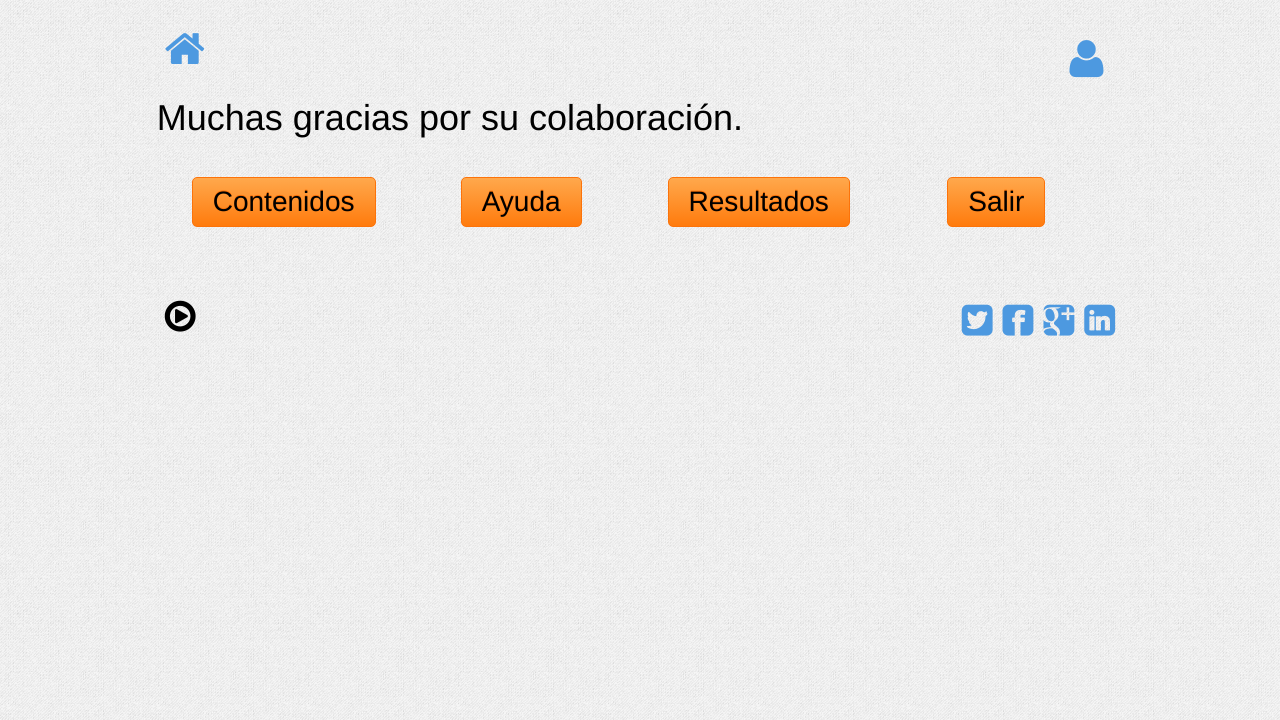
Repository: SCeruso/RememberMe
Page: enviosugerencia.html
The author's editor kept a record of every edit. The page is drawn from the files as they stood at one moment, then again after the next edit.
The browser window is 1280 px wide. The pictures show the whole page.
Some web libraries are served in a nearby version.

Above is the page before.

### enviosugerencia.html
<!DOCTYPE html>
<html>
<head>
	<!-- META -->
	<title>HTML KickStart Elements</title>
	<meta charset="UTF-8">
	<meta name="viewport" content="width=device-width, initial-scale=1.0"/>
	<meta name="description" content="" />

	<!-- CSS -->
	<link rel="stylesheet" type="text/css" href="css/kickstart.css" media="all" />
	<link rel="stylesheet" type="text/css" href="style.css" media="all" />

	<!-- Javascript -->
	<script type="text/javascript" src="https://ajax.googleapis.com/ajax/libs/jquery/1.9.1/jquery.min.js"></script>
	<script type="text/javascript" src="js/kickstart.js"></script>
</head>
<body>
	<a name ="contenido.html#inicio">
<div class="grid">
	<div class="col_12">
		<h2 class="center">
                <a href="juegosde.html">
                    <i class="icon-home pull-left"></i>
                </a>
		 <a href="perfil.html">
			<i class="icon-user icon-border pull-right"></i>
		 </a>
		 </h2>

	</div>

	<h3>
			Muchas gracias por su colaboración.
			<br />

	</h3>

	<div class="col_12">
        <div class="col_3">
            <h5 style="margin-bottom:40px;" class="center">
                <a class="large button orange" href="contenido.html"><font color="black">Contenidos</font></a>
            </h5>
        </div>
        <div class="col_3">
            <h5 style="margin-bottom:40px;" class="center">
                <a class="large button orange" href="registrarse.html"><font color="black">Ayuda</font></a>
            </h5>
        </div>
        <div class="col_3">
            <h5 style="margin-bottom:40px;" class="center">
                <a class="large button orange" href="registrarse.html"><font color="black">Resultados</font></a>
            </h5>
        </div>
        <div class="col_3">
            <h5 style="margin-bottom:40px;" class="center">
                <a class="large button orange" href="bienvenido.html"><font color="black">Salir</font></a>
            </h5>
        </div>
    </div>
	<div class="col_12">
        <h3 class="right">
            <a href = "http://www.twitter.com" target = "blank"><i class="icon-twitter-sign"></i></a>
            <a href = "http://www.facebook.com" target = "blank"><i class="icon-facebook-sign"></i></a>
            <a href = "http://www.google.com" target = "blank"><i class="icon-google-plus-sign"></i></a>
            <a href = "http://www.linkedin.com" target = "blank"><i class="icon-linkedin-sign"></i></a>
            <i class=" icon-play-circle pull-left"></i>
        </h3>
    </div>
</body>

### style.css
/*
	99Lime.com HTML KickStart by Joshua Gatcke
	style.css

*/

/*---------------------------------
	IMPORTS
-----------------------------------*/
@import url(http://fonts.googleapis.com/css?family=Arimo:400,700);

/*---------------------------------
	OVERRIDES
-----------------------------------*/
h1,h2,h3,h4,h5,h6{
font-family: "Arimo", arial, verdana, sans-serif;
font-weight:normal;
}

thead th,
tbody th{
font-family: "Arimo", arial, verdana, sans-serif;
}

button,
a.btn,
input[type="submit"],
input[type="reset"],
input[type="button"]{
font-family: "Arimo", arial, verdana, sans-serif;
}

.menu{
font-family: "Arimo", arial, verdana, sans-serif;
}

blockquote{
font-family: "Arimo", arial, verdana, sans-serif;
}

/*---------------------------------
	LAYOUT
-----------------------------------*/
body{
margin:0;
padding:0 0 0 0;
color:#000;
/*background-repeat:repeat;*/
background:#efefef url(css/img/gray_jean.png);
/*background-size:cover;*/
/*background-image:url(css/img/gray_jean.png);*/
font:normal 0.9em/150% 'Arimo', arial, verdana, sans-serif;
text-shadow: 0 0 1px transparent; /* google font pixelation fix */
}

#wrap{
width:100%;
background:#fff;
margin:30px auto 30px auto;
padding:0 2%;
border:1px solid #ccc;
}


#footer{
text-align:center;
padding:20px;
margin:0;
border-top:1px solid #ddd;
color:#999;
font-size:0.8em;
text-shadow:0px 1px 1px #fff;
position: relative;
top:0;
left:0;
background:#fff;
}

	#link-top{
	display:none;
	}

/* NAV BAR*/
.navbar{
position:fixed;
top:0;
left:0;
width: 100%;
background:#000;
color:#fff;
z-index:1000;
}

	.navbar #logo{
	position:absolute;
	top:0;
	right:0;
	padding:0.5em 1em;
	font-size: 1.7em;
	color:#efefef;
	text-decoration:none;
	}

	.navbar span{
	color:#86dc00;
	}


	.navbar ul{
	display:inline-block;
	margin:0;
	padding:0;
	}

		.navbar li{
		margin:0;
		padding:0;
		list-style-type:0;
		display:inline-block;
		}

		.navbar li a{
		display:inline-block;
		color:#efefef;
		padding:1em 1.3em;
		text-decoration:none;
		text-transform: uppercase;
		line-height:100%;
		font-size: 1.2em;
		}

.callout{
background:#4598ef;/*#86dc00;*/
padding:3em 0;
color:#fff;
box-shadow:inset 0 0 10px rgba(0,0,0,0.2);
text-align: center;
text-shadow:0px 1px 3px rgba(0,0,0,0.2);
display:block;
}
	.callout + div.grid{margin-top:50px;}
	 a.callout{cursor:pointer;}
	 .callout i.icon-4x{font-size:6em;}
	 .callout h4{margin-bottom:30px;}
	 .callout-top{margin:50px 0 0 0;}
	 .callout p{margin-bottom:0;}
	 .callout .button{margin-top:10px;}
	 .callout.green{background:#19ad0b;/*#86dc00;*/}

#mc_embed_signup{
padding:30px 0;
}

#ui-preview{
border:5px solid #ddd;
margin:30px 0;
display:block;
}

### css/kickstart-forms.css
/*---------------------------------
	FORMS
-----------------------------------*/
form{
padding:0;
margin:0;
}

fieldset{
margin:30px 0 20px 0;
padding:5px 15px 15px 15px;
border:1px solid #ccc;
background:#f5f5f5;
-moz-border-radius:5px;
-webkit-border-radius:5px;
border-radius:5px;
position: relative;
top:0;
left:0;
}

	legend{
	-moz-border-radius:5px;
	-webkit-border-radius:5px;
	border-radius:5px;
	border:1px solid #ccc;
	background:#f5f5f5;
	padding:2px 10px;
	margin:0 0 0 0;
	display:block;
	position: relative;
	top:0;
	left:0;
	}

	/*IE ONLY - I know, this is a stop gap*/
	.msie fieldset{padding-top:25px;}
	.msie legend{position:absolute;top:-0.7em;left:10px;}

label{
display:inline-block;
*display:inline;
vertical-align: middle;
margin:0;
padding:0;
position:relative;
top:0;
left:0;
zoom:1;
-moz-box-sizing: border-box;
-webkit-box-sizing: border-box;
box-sizing: border-box;
}

	label.inline{
	display:inline;
	margin:0;
	}

	label span{
	color:#999;
	font-size:0.9em;
	}

	label span.right{
	position:absolute;
	bottom:0;
	right:0;
	text-align:right;
	display:inline-block;
	*display:inline;
	}

	label.disabled{
	color:#ccc;
	}

input{
display:inline-block;
*display:inline;
vertical-align: middle;
width:auto;
zoom:1;
margin:0;
border:1px solid #ccc;
font-size:1em;
padding:5px 0;
text-indent: 5px;
-moz-border-radius:5px;
-webkit-border-radius:5px;
border-radius:5px;
background:#fff;
-moz-box-shadow:inset 0 0 6px #ccc;
-webkit-box-shadow:inset 0 1px 6px #ccc;
box-shadow:inset 0 1px 6px #ccc;
-moz-box-sizing: border-box;
-webkit-box-sizing: border-box;
box-sizing: border-box;
}

	input::-webkit-input-placeholder,
	input:-moz-placeholder,
	.placeholder{
	color:#bbb;
	}

	input::-moz-focus-inner {border:0;}

	input[disabled="disabled"], input.disabled{
	color:#999;
	background:#f5f5f5;
	-moz-box-shadow:inset 0 0 2px #ddd;
	-webkit-box-shadow:inset 0 1px 2px #ddd;
	box-shadow:inset 0 1px 2px #ddd;
	}

	/* FOCUS STATES */
	input[type="text"]:focus,
	textarea:focus,
	button:focus,
	a.button:focus,
	select:focus,
	input[type="file"]:focus,
	input[type="password"]:focus{
	-webkit-box-shadow: 0 0 7px #6DB9FF;
	-moz-box-shadow   : 0 0 7px #6DB9FF;
	box-shadow        : 0 0 7px #6DB9FF;
	border: 1px solid #50B1FE;
	outline: none;
	}

	/* TRANSITION */
	input[type="text"],
	textarea,
	button,
	a.button,
	a,
	input[type="file"]{
	-moz-transition: -moz-box-shadow 0.5s, border 0.5s, background 0.5s;
	-webkit-transition: -webkit-box-shadow 0.5s, border 0.5s, background 0.5s;
	-o-transition:  box-shadow 0.5s, border 0.5s, background 0.5s;
	transition: box-shadow 0.5s, border 0.5s, background 0.5s;
	}

input.checkbox,
input[type="checkbox"]{
display:inline;
width:auto;
margin:0;
padding:0;
border:0;
background:none;
vertical-align:center;
*vertical-align: top;
}

input.radio,
input[type="radio"]{
display:inline;
width:auto;
margin:0;
padding:0;
border:0;
background:none;
vertical-align:center;
*vertical-align: top;
}

	input[type="radio"]:focus,
	input[ type="checkbox"]:focus{
	-webkit-box-shadow: 0 0 5px #6DB9FF;
	-moz-box-shadow   : 0 0 5px #6DB9FF;
	box-shadow        : 0 0 5px #6DB9FF;
	outline-color: #6DB9FF;
	}

input.file,
input[type="file"]{
/*font-size:0.8em;*/
-moz-box-shadow:none;
-webkit-box-shadow:none;
box-shadow:none;
border:none;
}

select{
display:inline;
width:auto;
margin:0;
border:1px solid #ccc;
line-height:100%;
padding:3px;
vertical-align: middle;
}

        select[disabled="disabled"], select.disabled{
        color:#999;
        background:#f5f5f5;
        -moz-box-shadow:inset 0 0 2px #ddd;
        -webkit-box-shadow:inset 0 1px 2px #ddd;
        box-shadow:inset 0 1px 2px #ddd;
        }

textarea{
width:auto;
height:200px;
margin:0;
border:1px solid #ccc;
padding:5px;
vertical-align: middle;
font-family:inherit;
font-size:0.9em;
-moz-border-radius:5px;
-webkit-border-radius:5px;
border-radius:5px;
-moz-box-shadow:inset 0 0 6px #ccc;
-webkit-box-shadow:inset 0 1px 6px #ccc;
box-shadow:inset 0 1px 6px #ccc;
-moz-box-sizing: border-box;
-webkit-box-sizing: border-box;
box-sizing: border-box;
}

/*---------------------------------
	COLUMN SIZES
-----------------------------------*/

/* sizes */
input[class*="col_"],
select[class*="col_"],
label[class*="col_"]{
float:none;display:inline-block;*display:inline;margin-bottom:0;
*margin-left: 0.5%;*margin-right: 0.5%;/* this is for IE 7 Only and is not a good fix - work needed here */
}

/*---------------------------------
	FORMS VERTICAL
-----------------------------------*/
form.vertical{

}

	form.vertical label{display:block;}
	form.vertical input,
	form.vertical select,
	form.vertical textarea{width:100%;display:block;margin-bottom:10px;}
	form.vertical .chzn-container{display:block;margin-bottom:10px;}
	form.vertical .chzn-choices{display:block;margin-bottom:10px;}

	/* radios & checks */
	form.vertical input.checkbox,
	form.vertical input[type="checkbox"],
	form.vertical input.radio,
	form.vertical input[type="radio"],
	form.vertical label.inline{display:inline;width:auto;margin:0;}
/*---------------------------------
	FORM VALIDATION
-----------------------------------*/
label.error{color:red;}
input.error{border:1px solid red;}
select.error{border:1px solid red;}

/*---------------------------------
	NOTICES
-----------------------------------*/
.notice{
border:1px solid gold;
background:lightyellow;
padding:10px 20px 10px 40px;
margin:10px 0;
-moz-border-radius:5px;
-webkit-border-radius:5px;
border-radius:5px;
color:#DEAE00;
line-height:120%;
vertical-align: center;
text-shadow:0px 1px rgba(255,255,255,0.5);
position:relative;
top:0;
left:0;
clear:both;
}

	.notice.warning{}/*default*/
	.notice.error{border:1px solid red;background:pink;color:red;}
	.notice.success{border:1px solid green;background:lightgreen;color:green;}
	.notice i[class^='icon-']{position:absolute;top:50%;left:0.8em;margin-top:-0.6em;}
	.notice a[class^='icon-remove'],
	.notice a[class^='icon-remove']:active,
	.notice a[class^='icon-remove']:visited{font-size:12px;position:absolute;top:5px;right:5px;left:auto;color:inherit;margin-top:0;left:auto;}

### css/kickstart-grid.css
/*
	99Lime.com HTML KickStart by Joshua Gatcke
	kickstart-grids.css

	DO NOT EDIT THIS FILE unless you know what you are doing.
*/
/*---------------------------------
	GRID/COLUMNS
-----------------------------------
	tinyfluidgrid.com
	& girlfriendnyc.com
	with changes by 99Lime
-----------------------------------*/
 /*
 & Columns : 12
 & Gutter %: 20%
 & MaxWidth: 1280px
 */

.grid{
max-width:1220px;
margin:0 auto;
padding:0 2em;
}

.grid.flex{
width:100%;
max-width:100%;
padding:0 2%;
padding:2em;
}

.row{
display:block;
overflow:hidden;
clear:both;
}

*[class*="col_"].alpha{margin-left:0;}
*[class*="col_"].omega{margin-right:0;}

.col_1  { width: 6.6666666666667%; }
.col_2  { width: 15%; }
.col_3  { width: 23.333333333333%; }
.col_4  { width: 31.666666666667%; }
.col_5  { width: 40%; }
.col_6  { width: 48.333333333333%; }
.col_7  { width: 56.666666666667%; }
.col_8  { width: 65%; }
.col_9  { width: 73.333333333333%; }
.col_10 { width: 81.666666666667%; }
.col_11 { width: 90%; }
.col_12 { width: 98.333333333333%; }

*[class*="col_"]{
margin-left: 0.83333333333333%;
margin-right: 0.83333333333333%;
margin-top:0.5em;
margin-bottom:0.5em;
float: left;
display: block;
}

.grid img{
max-width: 100%;
height:auto;
}

.clear{clear:both;display:block;overflow:hidden;visibility:hidden;width:0;height:0}
.clearfix:after{clear:both;content:' ';display:block;font-size:0;line-height:0;visibility:hidden;width:0;height:0}
* html .clearfix, *:first-child+html .clearfix{zoom:1}

/* Viewable Grids
	To view your grids, add the class .visible to any grid container.
	This will add a background color so you can see the layout of your grids.
*/
*[class*="col_"].visible{
background:#eee;
border:1px dotted #ccc;
}


/*---------------------------------
	Responsive Grid Media Queries - 1280, 1024, 768, 480
	1280-1024 	- desktop (default grid)
	1024-768 	- tablet landscape
	768-480 	- tablet
	480-less 	- phone landscape & smaller
-----------------------------------*/
@media all and (min-width: 1024px) and (max-width: 1280px) {

	.grid *[class*="col_"]{}
	.grid{max-width: 1024px;}
	.show-desktop	{display:block;}
	.hide-desktop	{display:none;}
	.show-tablet	{display:none;}
	.hide-tablet	{display:block;}
	.show-phone		{display:none;}
	.hide-phone		{display:block;}

}

@media all and (min-width: 768px) and (max-width: 1024px) {

	.grid *[class*="col_"]{}
	.grid{max-width: 768px;}
	.show-desktop	{display:none;}
	.hide-desktop	{display:block;}
	.show-tablet	{display:block;}
	.hide-tablet	{display:none;}
	.show-phone		{display:none;}
	.hide-phone		{display:block;}

}


@media all and (min-width: 480px) and (max-width: 768px) {

	.grid *[class*="col_"]{
	float:none;
	width:auto;
	clear:both;
	display:block;
	}

	/* columns inside of columns */
	.grid *[class*="col_"] [class*="col_"]{
	margin-left:0;
	margin-right:0;
	width:100%;
	}

	.grid{max-width: 480px;}
	.show-desktop	{display:none;}
	.hide-desktop	{display:block;}
	.show-tablet	{display:block;}
	.hide-tablet	{display:none;}
	.show-phone		{display:none;}
	.hide-phone		{display:block;}

}

@media all and (max-width: 480px) {

	.grid *[class*="col_"]{
	float:none;
	width:auto;
	clear:both;
	display:block;
	}

	/* columns inside of columns */
	.grid *[class*="col_"] [class*="col_"]{
	margin-left:0;
	margin-right:0;
	width:100%;
	}

	.grid{max-width: 100%;/*320*/}
	.show-desktop	{display:none;}
	.hide-desktop	{display:block;}
	.show-tablet	{display:none;}
	.hide-tablet	{display:block;}
	.show-phone		{display:block;}
	.hide-phone		{display:none;}

}

### css/kickstart-slideshow.css
/*---------------------------------
	SLIDESHOW2 - Slight Fixes for the slideshow layout *needs work
-----------------------------------*/

	.slideshow{
	clear:both;
	margin:0;
	padding:0;
	width:auto;
	height:auto;
	overflow:hidden;
	}

		.slideshow li{
		list-style-type:none;
		margin:0;
		padding:0;
		float:left;
		display:block;
		}

/**
 * BxSlider v4.0 - Fully loaded, responsive content slider
 * http://bxslider.com
 *
 * Written by: Steven Wanderski, 2012
 * http://stevenwanderski.com
 * (while drinking Belgian ales and listening to jazz)
 *
 * CEO and founder of bxCreative, LTD
 * http://bxcreative.com
 */


/** RESET AND LAYOUT
===================================*/
.bx-wrapper, .bx-wrapper *{
	-webkit-box-sizing: content-box; /* Safari/Chrome, other WebKit */
  	-moz-box-sizing: content-box;    /* Firefox, other Gecko */
  	box-sizing: content-box;         /* Opera/IE 8+ */
}

.bx-wrapper {
	position: relative;
	margin: 0 0 60px;
	padding: 0;
	*zoom: 1;
}

.bx-wrapper img {
	width: 100%;
	display: block;
}

/** THEME
===================================*/

.bx-wrapper .bx-viewport {
	-moz-box-shadow: 0 0 5px #ccc;
	-webkit-box-shadow: 0 0 5px #ccc;
	box-shadow: 0 0 5px #ccc;
	border: solid #fff 5px;
	left: 0;
	background: #fff;
}

.bx-wrapper .bx-pager,
.bx-wrapper .bx-controls-auto {
	position: absolute;
	bottom: -30px;
	width: 100%;
}

/* LOADER */

.bx-wrapper .bx-loading {
	min-height: 50px;
	background: url(img/bx_loader.gif) center center no-repeat #fff;
	height: 100%;
	width: 100%;
	position: absolute;
	top: 0;
	left: 0;
	z-index: 2000;
}

/* PAGER */

.bx-wrapper .bx-pager {
	text-align: center;
	font-size: .85em;
	font-family: Arial;
	font-weight: bold;
	color: #666;
	padding-top: 20px;
}

.bx-wrapper .bx-pager .bx-pager-item,
.bx-wrapper .bx-controls-auto .bx-controls-auto-item {
	display: inline-block;
	*zoom: 1;
	*display: inline;
}

.bx-wrapper .bx-pager.bx-default-pager a {
	background: #666;
	text-indent: -9999px;
	display: block;
	width: 10px;
	height: 10px;
	margin: 0 5px;
	outline: 0;
	-moz-border-radius: 5px;
	-webkit-border-radius: 5px;
	border-radius: 5px;
}

.bx-wrapper .bx-pager.bx-default-pager a:hover,
.bx-wrapper .bx-pager.bx-default-pager a.active {
	background: #000;
}

/* DIRECTION CONTROLS (NEXT / PREV) */

.bx-wrapper .bx-prev {
	left: 10px;
	background: url(img/controls.png) no-repeat 0 -32px;
}

.bx-wrapper .bx-next {
	right: 10px;
	background: url(img/controls.png) no-repeat -43px -32px;
}

.bx-wrapper .bx-prev:hover {
	background-position: 0 0;
}

.bx-wrapper .bx-next:hover {
	background-position: -43px 0;
}

.bx-wrapper .bx-controls-direction a {
	position: absolute;
	top: 50%;
	margin-top: -16px;
	outline: 0;
	width: 32px;
	height: 32px;
	text-indent: -9999px;
	z-index: 9999;
}

.bx-wrapper .bx-controls-direction a.disabled {
	display: none;
}

/* AUTO CONTROLS (START / STOP) */

.bx-wrapper .bx-controls-auto {
	text-align: center;
}

.bx-wrapper .bx-controls-auto .bx-start {
	display: block;
	text-indent: -9999px;
	width: 10px;
	height: 11px;
	outline: 0;
	background: url(img/controls.png) -86px -11px no-repeat;
	margin: 0 3px;
}

.bx-wrapper .bx-controls-auto .bx-start:hover,
.bx-wrapper .bx-controls-auto .bx-start.active {
	background-position: -86px 0;
}

.bx-wrapper .bx-controls-auto .bx-stop {
	display: block;
	text-indent: -9999px;
	width: 9px;
	height: 11px;
	outline: 0;
	background: url(img/controls.png) -86px -44px no-repeat;
	margin: 0 3px;
}

.bx-wrapper .bx-controls-auto .bx-stop:hover,
.bx-wrapper .bx-controls-auto .bx-stop.active {
	background-position: -86px -33px;
}

/* PAGER WITH AUTO-CONTROLS HYBRID LAYOUT */

.bx-wrapper .bx-controls.bx-has-controls-auto.bx-has-pager .bx-pager {
	text-align: left;
	width: 80%;
}

.bx-wrapper .bx-controls.bx-has-controls-auto.bx-has-pager .bx-controls-auto {
	right: 0;
	width: 35px;
}

/* IMAGE CAPTIONS */

.bx-wrapper .bx-caption {
	position: absolute;
	bottom: 0;
	left: 0;
	background: #666\9;
	background: rgba(80, 80, 80, 0.75);
	width: 100%;
}

.bx-wrapper .bx-caption span {
	color: #fff;
	font-family: Arial;
	display: block;
	font-size: .85em;
	padding: 10px;
}

### css/tiptip.css
/*
	TipTip CSS - Version 1.2
	http://code.drewwilson.com/entry/tiptip-jquery-plugin
*/

#tiptip_holder { display: none; position: absolute; top: 0; left: 0; z-index: 99999; }
#tiptip_holder.tip_top { padding-bottom: 5px; }
#tiptip_holder.tip_bottom { padding-top: 5px; }
#tiptip_holder.tip_right { padding-left: 5px; }
#tiptip_holder.tip_left { padding-right: 5px; }

#tiptip_content {
font-size: 11px;
color: #fff;
text-shadow: 0 0 2px #000;
padding: 4px 8px;
border: 1px solid rgba(255,255,255,0.25);
background:#212121;
background-color: rgba(25,25,25,0.92);
background-image: -webkit-gradient(linear, 0% 0%, 0% 100%, from(transparent), to(#000));
-webkit-border-radius: 3px;
-moz-border-radius: 3px;
border-radius: 3px;
-webkit-box-shadow: 0 0 3px #555;
-moz-box-shadow: 0 0 3px #555;
box-shadow: 0 0 3px #555;
*background:#212121;
}

#tiptip_arrow, #tiptip_arrow_inner {
position: absolute;
border-color: transparent;
border-style: solid;
border-width: 6px;
height: 0;
width: 0;
}

#tiptip_holder.tip_top #tiptip_arrow {
border-top-color: #fff;
border-top-color: rgba(255,255,255,0.35);
}

#tiptip_holder.tip_bottom #tiptip_arrow {
border-bottom-color: #fff;
border-bottom-color: rgba(255,255,255,0.35);
}

#tiptip_holder.tip_right #tiptip_arrow {
border-right-color: #fff;
border-right-color: rgba(255,255,255,0.35);
}

#tiptip_holder.tip_left #tiptip_arrow {
border-left-color: #fff;
border-left-color: rgba(255,255,255,0.35);
}

#tiptip_holder.tip_top #tiptip_arrow_inner {
margin-top: -7px;
margin-left: -6px;
border-top-color: rgb(25,25,25);
border-top-color: rgba(25,25,25,0.92);
}

#tiptip_holder.tip_bottom #tiptip_arrow_inner {
margin-top: -5px;
margin-left: -6px;
border-bottom-color: rgb(25,25,25);
border-bottom-color: rgba(25,25,25,0.92);
}

#tiptip_holder.tip_right #tiptip_arrow_inner {
margin-top: -6px;
margin-left: -5px;
border-right-color: rgb(25,25,25);
border-right-color: rgba(25,25,25,0.92);
}

#tiptip_holder.tip_left #tiptip_arrow_inner {
margin-top: -6px;
margin-left: -7px;
border-left-color: rgb(25,25,25);
border-left-color: rgba(25,25,25,0.92);
}

/* Webkit Hacks  */
@media screen and (-webkit-min-device-pixel-ratio:0) {
	#tiptip_content {
		padding: 4px 8px 5px 8px;
		background-color: rgba(45,45,45,0.88);
	}
	#tiptip_holder.tip_bottom #tiptip_arrow_inner {
		border-bottom-color: rgba(45,45,45,0.88);
	}
	#tiptip_holder.tip_top #tiptip_arrow_inner {
		border-top-color: rgba(20,20,20,0.92);
	}
}

Loaded but not shown: css/jquery.fancybox-1.3.4.css (library); css/prettify.css (common file); css/fonts/fontawesome/css/font-awesome.min.css (library); js/kickstart.js (424 lines, source omitted); css/kickstart-buttons.css (369 lines, source omitted); css/kickstart.css (508 lines, source omitted); css/kickstart-menus.css (180 lines, source omitted)

After the next edit:
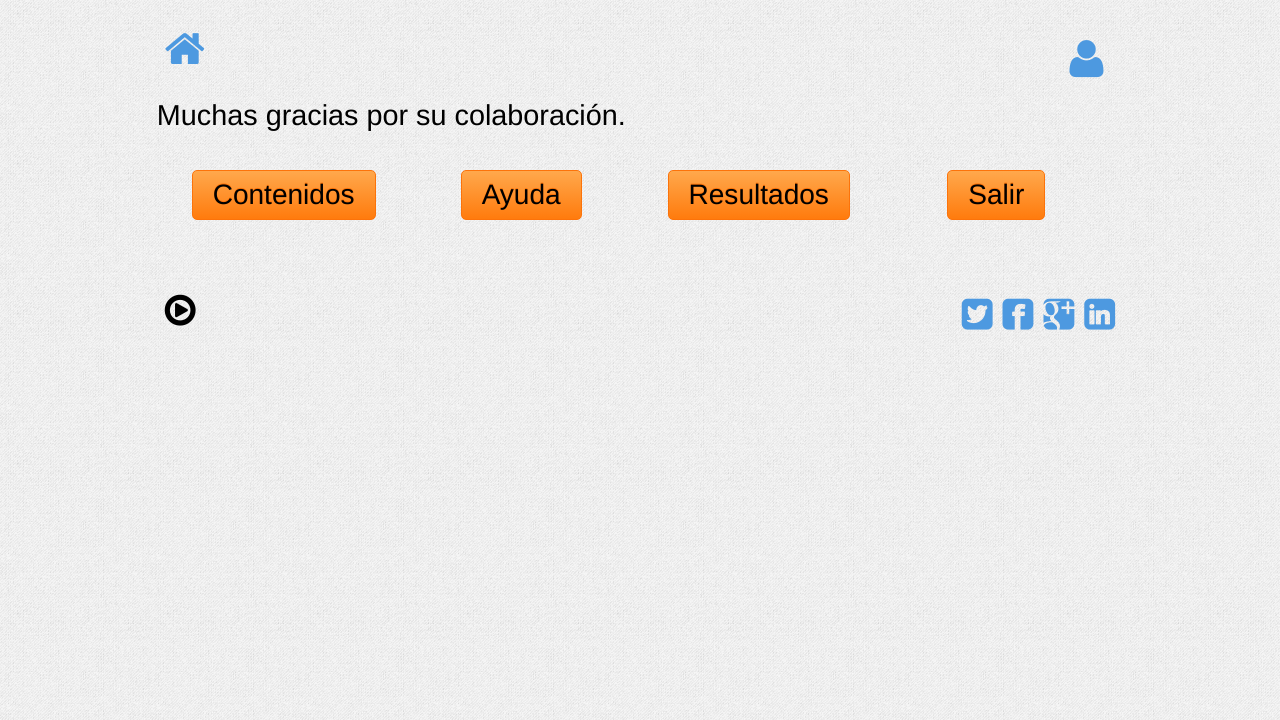
The edit:
--- a/enviosugerencia.html
+++ b/enviosugerencia.html
@@ -30,7 +30,7 @@
 
 	</div>
 
-	<h3>
+	<h4>
 			Muchas gracias por su colaboración.
 			<br />
 
